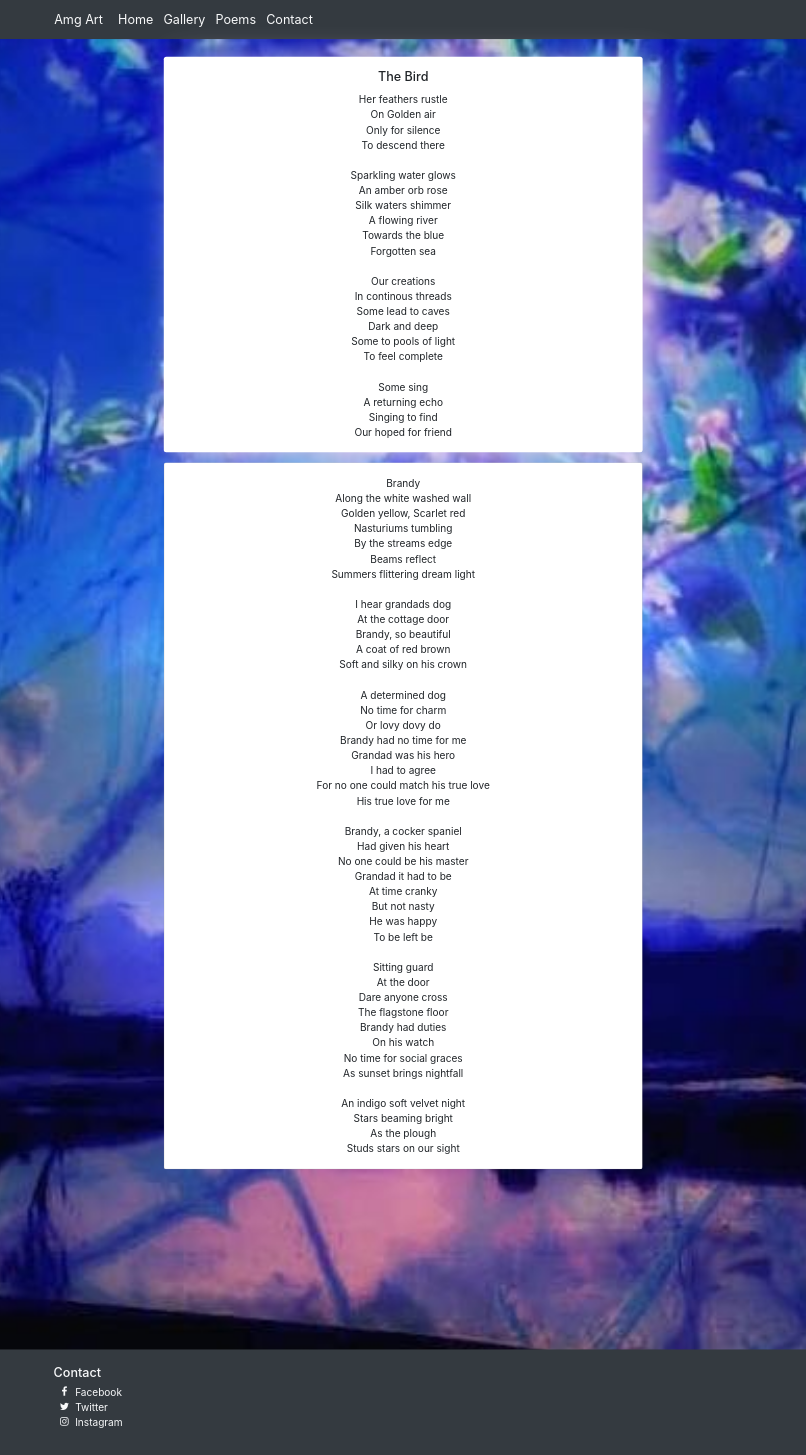
Repository: AllenGleeson/AmgArtGallery
Page: poems.html
The author's editor kept a record of every edit. The page is drawn from the files as they stood at one moment, then again after the next edit.
The browser window is 1280 px wide. The pictures show the whole page, at 63% of full size.

Above is the page before.

### poems.html
<!DOCTYPE html>
<html>

<head>
    <meta charset="UTF-8">
    <meta name="viewport" content="width=device-width, initial-scale=1.0">
    <meta http-equiv="X-UA-Compatible" content="ie=edge">
    <link rel="stylesheet" href="https://stackpath.bootstrapcdn.com/bootstrap/4.3.1/css/bootstrap.min.css" type="text/css" />
    <link rel="stylesheet" href="https://stackpath.bootstrapcdn.com/font-awesome/4.7.0/css/font-awesome.min.css" type="text/css" />
    <link rel="stylesheet" href="assets/css/style.css" type="text/css" />
</head>

<body>
    <header class="bg-dark mb-2">
        <nav class="navbar navbar-expand-sm navbar-light container">
            <a class="navbar-brand text-light" href="./index.html">Amg Art</a>
            <button class="navbar-toggler" type="button" data-toggle="collapse" data-target="#navbarNavAltMarkup" aria-controls="navbarNavAltMarkup" aria-expanded="false" aria-label="Toggle navigation">
                <span class="navbar-toggler-icon"></span>
            </button>
            <div class="collapse navbar-collapse" id="navbarNavAltMarkup">
                <div class="navbar-nav">
                    <a class="nav-item nav-link text-light" href="./index.html">Home</a>
                    <a class="nav-item nav-link text-light" href="./gallery1.html">Gallery</a>
                    <a class="nav-item nav-link text-light" href="./poems.html">Poems</a>
                    <a class="nav-item nav-link text-light active" href="./contact.html">Contact <span class="sr-only">(current)</span></a>
                </div>
            </div>
        </nav>
    </header>

    <section class="container">

        <!-- Poems Section -->
        <div class="row">
            <div class="card col-8 offset-2 mb-3 poems" style="width: 18rem;">
                <div class="card-body text-center">
                    <h5 class="card-title">The Bird</h5>
                    <p class="card-text">
                        Her feathers rustle<br>
                        On Golden air<br>
                        Only for silence<br>
                        To descend there<br>
                        <br>
                        Sparkling water glows<br>
                        An amber orb rose<br>
                        Silk waters shimmer<br>
                        A flowing river<br>
                        Towards the blue<br>
                        Forgotten sea<br>
                        <br>
                        Our creations<br>
                        In continous threads<br>
                        Some lead to caves<br>
                        Dark and deep<br>
                        Some to pools of light<br>
                        To feel complete<br>
                        <br>
                        Some sing<br>
                        A returning echo<br>
                        Singing to find<br>
                        Our hoped for friend
                    </p>
                </div>
            </div>

            <div class="card col-8 offset-2 mb-3 " style="width: 18rem;">
                <div class="card-body text-center
                    <h5 class="card-title">Brandy</h5>
                    <p class="card-text">
                        Along the white washed wall<br>
                        Golden yellow, Scarlet red<br>
                        Nasturiums tumbling<br>
                        By the streams edge<br>
                        Beams reflect<br>
                        Summers flittering dream light<br>
                        <br>
                        I hear grandads dog<br>
                        At the cottage door<br>
                        Brandy, so beautiful<br>
                        A coat of red brown<br>
                        Soft and silky on his crown<br>
                        <br>
                        A determined dog<br>
                        No time for charm<br>
                        Or lovy dovy do<br>
                        Brandy had no time for me<br>
                        Grandad was his hero<br>
                        I had to agree<br>
                        For no one could match his true love<br>
                        His true love for me<br>
                        <br>
                        Brandy, a cocker spaniel<br>
                        Had given his heart<br>
                        No one could be his master<br>
                        Grandad it had to be<br>
                        At time cranky<br>
                        But not nasty<br>
                        He was happy<br>
                        To be left be<br>
                        <br>
                        Sitting guard<br>
                        At the door<br>
                        Dare anyone cross<br>
                        The flagstone floor<br>
                        Brandy had duties<br>
                        On his watch<br>
                        No time for social graces<br>
                        As sunset brings nightfall<br>
                        <br>
                        An indigo soft velvet night<br>
                        Stars beaming bright<br>
                        As the plough<br>
                        Studs stars on our sight
                    </p>
                </div>
            </div>

        </div>
    </section>

    <footer class="p-4 bg-dark text-light">
        <div class="container">
            <div class="row">
                <div class="col-sm-6">
                    <h5>Contact</h5>

                    <ul class="fa-ul">
                        <li><a href="www.facebook.com/amgasdsd" class="text-light"><i class="fa-li fa fa-facebook"></i><span>Facebook</span></a></li>
                        <li><a href="www.twitter.com/amgasdsd" class="text-light"><i class="fa-li fa fa-twitter"></i><span>Twitter</span></a></li>
                        <li><a href="www.instagram.com/amgasdsd" class="text-light"><i class="fa-li fa fa-instagram"></i><span>Instagram</span></a></li>
                    </ul>
                </div>
            </div>
        </div>
    </footer>

    <script src="https://code.jquery.com/jquery-3.3.1.slim.min.js" integrity="sha384-q8i/X+965DzO0rT7abK41JStQIAqVgRVzpbzo5smXKp4YfRvH+8abtTE1Pi6jizo" crossorigin="anonymous"></script>
    <script src="https://cdnjs.cloudflare.com/ajax/libs/popper.js/1.14.7/umd/popper.min.js" integrity="sha384-UO2eT0CpHqdSJQ6hJty5KVphtPhzWj9WO1clHTMGa3JDZwrnQq4sF86dIHNDz0W1" crossorigin="anonymous"></script>
    <script src="https://stackpath.bootstrapcdn.com/bootstrap/4.3.1/js/bootstrap.min.js" integrity="sha384-JjSmVgyd0p3pXB1rRibZUAYoIIy6OrQ6VrjIEaFf/nJGzIxFDsf4x0xIM+B07jRM" crossorigin="anonymous"></script>
</body>
</html>

### assets/css/style.css
section {
    display: block;
    width: 1800px;
    padding: 20px;
}

/*------------------------------------------------Color*/

.contentColor {
    background-color: #6A5ACD;
}

/*------------------------------------------------Nav Bar*/

.navbar-toggler {
    background-color: #fafafa;
}

.navbar-nav {
    font-size: 20px;
}

body {
    background-image: url("../images/bluescape.jpg");
    background-size: cover;
    background-repeat: no-repeat;
    background-position: center center;
}


/*------------------------------------------------Home Page*/

#FeaturedImages {
    border: 1px solid black;
    border-color: #fafafa;
    max-height: 700px;
    margin-left: auto;
    margin-right: auto;
    width: fit-content;
}

.carousel-item img {
    max-height: 700px;
}

@media only screen and (max-width: 768px) {
    .carousel-item img {
        max-height: 300px;
        max-width: 300px;
    }
}

/*------------------------------------------------Gallery Page*/

.galleryImage {
    max-height: 350px;
    max-width: 100%;
    margin-bottom: 20px;
    -webkit-box-shadow: 21px 11px 53px 0px rgba(235, 209, 235, 0.92);
    -moz-box-shadow: 21px 11px 53px 0px rgba(235, 209, 235, 0.92);
    box-shadow: 21px 11px 53px 0px rgba(235, 209, 235, 0.92);
}

@media only screen and (max-width: 768px) {
    .galleryImage {
        max-height: none;
    }
}

.page-item.disabled .page-link {
    color: #dee2e6;
    pointer-events: none;
    cursor: auto;
    background-color: #343a40;
}

.page-item.active .page-link {
    z-index: 1;
    color: #343a40;
    background-color: #fff;
    border-color: #fff;
}

.page-link {
    position: relative;
    display: block;
    padding: .5rem .75rem;
    margin-left: -1px;
    line-height: 1.25;
    color: #fafafa;
    background-color: #343a40;
    border: 1px solid #dee2e6;
}

/*------------------------------------------------Poems*/

.poems {
    max-width: 100%;
    -webkit-box-shadow: 21px 11px 53px 0px rgba(235, 209, 235, 0.92);
    -moz-box-shadow: 21px 11px 53px 0px rgba(235, 209, 235, 0.92);
    box-shadow: 21px 11px 53px 0px rgba(235, 209, 235, 0.92);
    padding: 0;
    border: none;
}

/*------------------------------------------------Contact*/

.aboutmeContainer {
    -webkit-box-shadow: 21px 11px 53px 0px rgba(235, 209, 235, 0.92);
    -moz-box-shadow: 21px 11px 53px 0px rgba(235, 209, 235, 0.92);
    box-shadow: 21px 11px 53px 0px rgba(235, 209, 235, 0.92);
    margin-bottom: 90px;
}

#aboutmeBio {
    font-size: 22px;
    font-family: Noto Sans, "san-serif";
    color: #fafafa;
}

#aboutImage {
    max-height: 350px;
    max-width: 100%;
    margin-bottom: 20px;
    -webkit-box-shadow: 21px 11px 53px 0px rgba(235, 209, 235, 0.92);
    -moz-box-shadow: 21px 11px 53px 0px rgba(235, 209, 235, 0.92);
    box-shadow: 21px 11px 53px 0px rgba(235, 209, 235, 0.92);
}

@media only screen and (max-width: 768px) {
    #aboutImage {
        max-height: none;
    }
}

/*------------------------------------------------Footer*/

footer {
    bottom: 0;
    width: 100%;
    white-space: nowrap;
    /* Set the fixed height of the footer here */
    margin: 0;
    margin-top: 250px;
}

@media only screen and (max-width: 500px) {
    footer {
        margin-top: 20px;
    }
}

#footer-icon {
    max-width: 150px;
}

After the next edit:
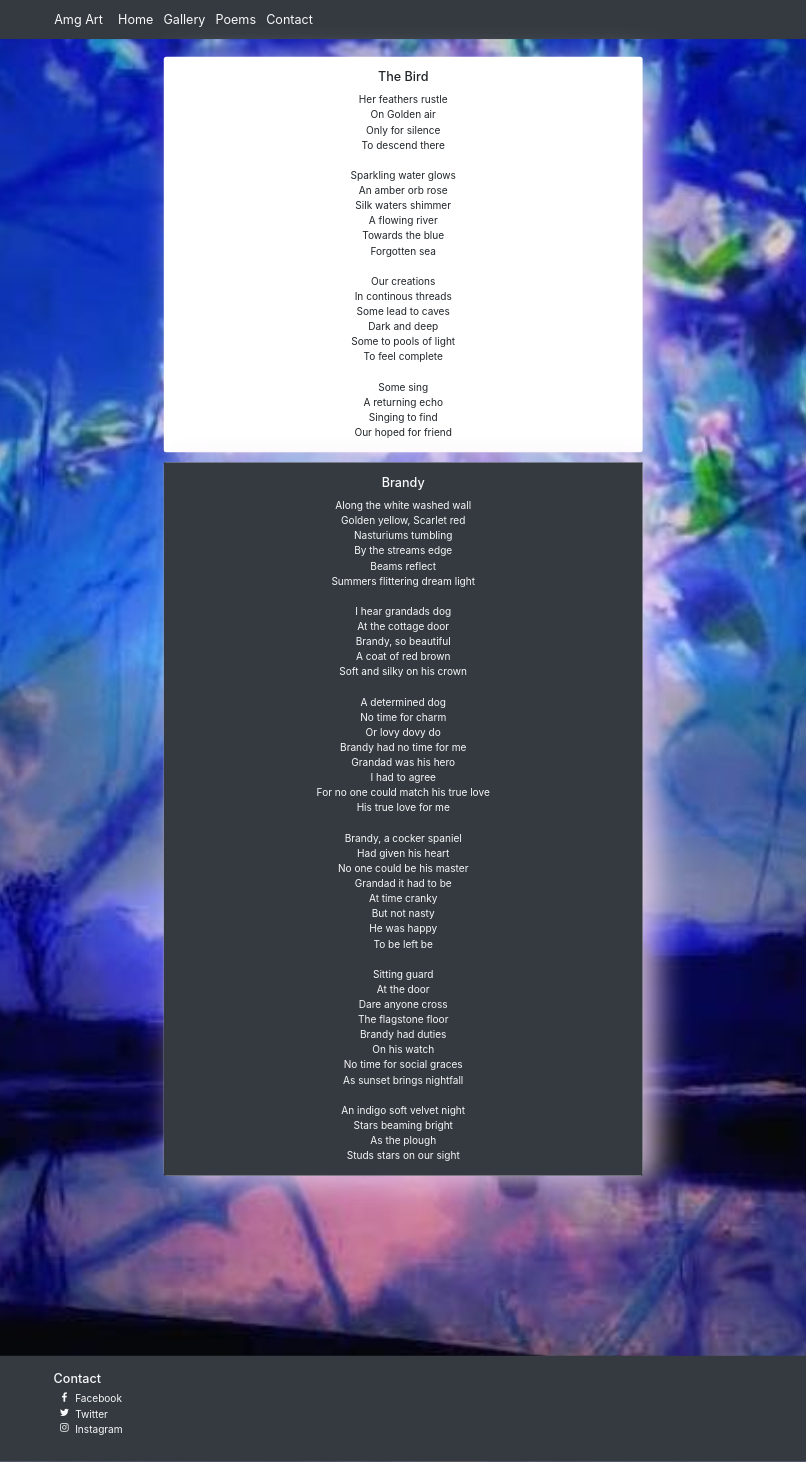
The edit:
--- a/poems.html
+++ b/poems.html
@@ -63,8 +63,8 @@
                 </div>
             </div>
 
-            <div class="card col-8 offset-2 mb-3 " style="width: 18rem;">
-                <div class="card-body text-center
+            <div class="card col-8 offset-2 mb-3 poems" style="width: 18rem;">
+                <div class="card-body text-center bg-dark text-light poemcontainer">
                     <h5 class="card-title">Brandy</h5>
                     <p class="card-text">
                         Along the white washed wall<br>
